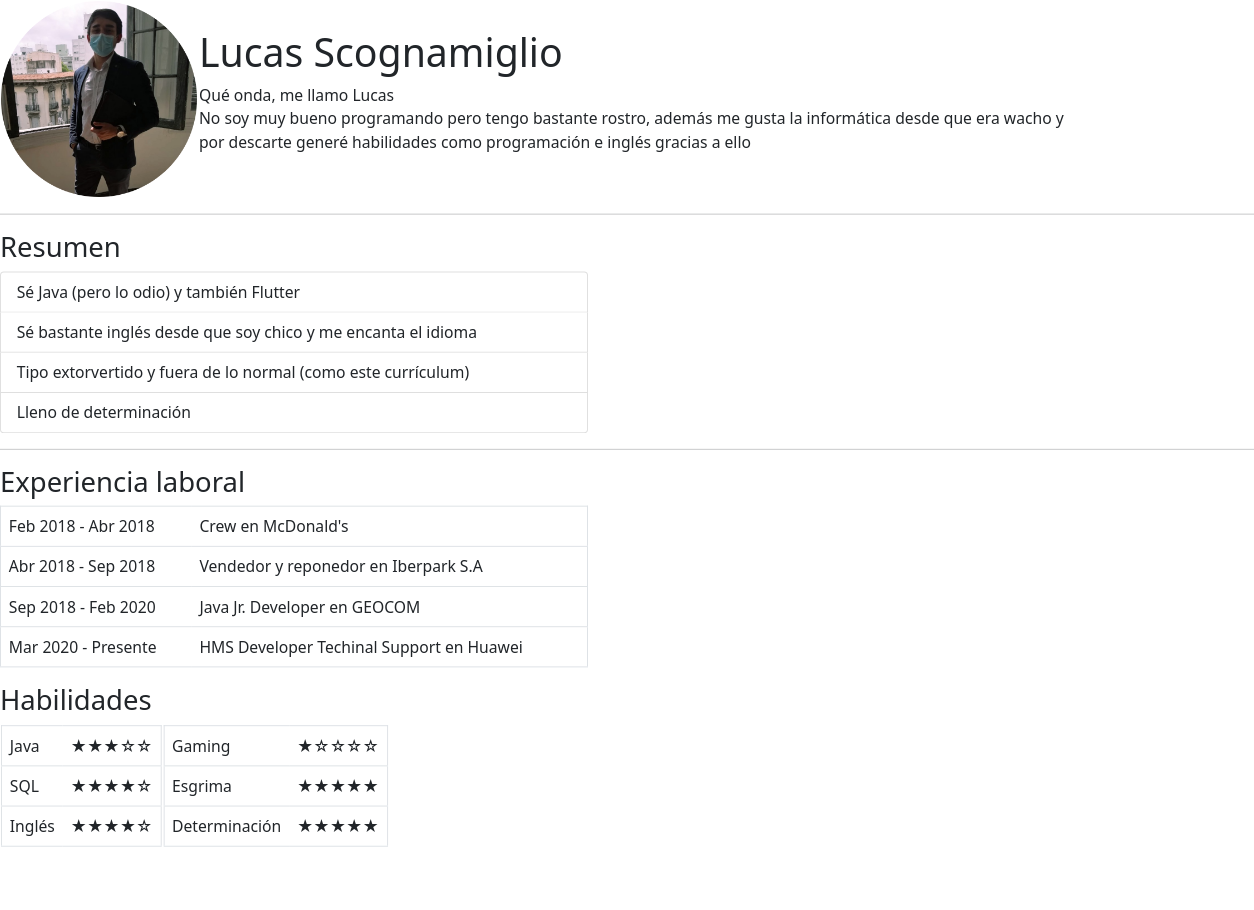
Repository: ScoggoDev/DesarrolloWeb
Page: tarea en equipo 1/cv.html
The author's editor kept a copy of each file at every save. The page is drawn from the files as they stood at one save, then again after the next save.
The browser window is 1280 px wide. The pictures show the whole page, at 98% of full size.

Above is the page before, as saved 2021-07-07 21:43:48.

After the next save:
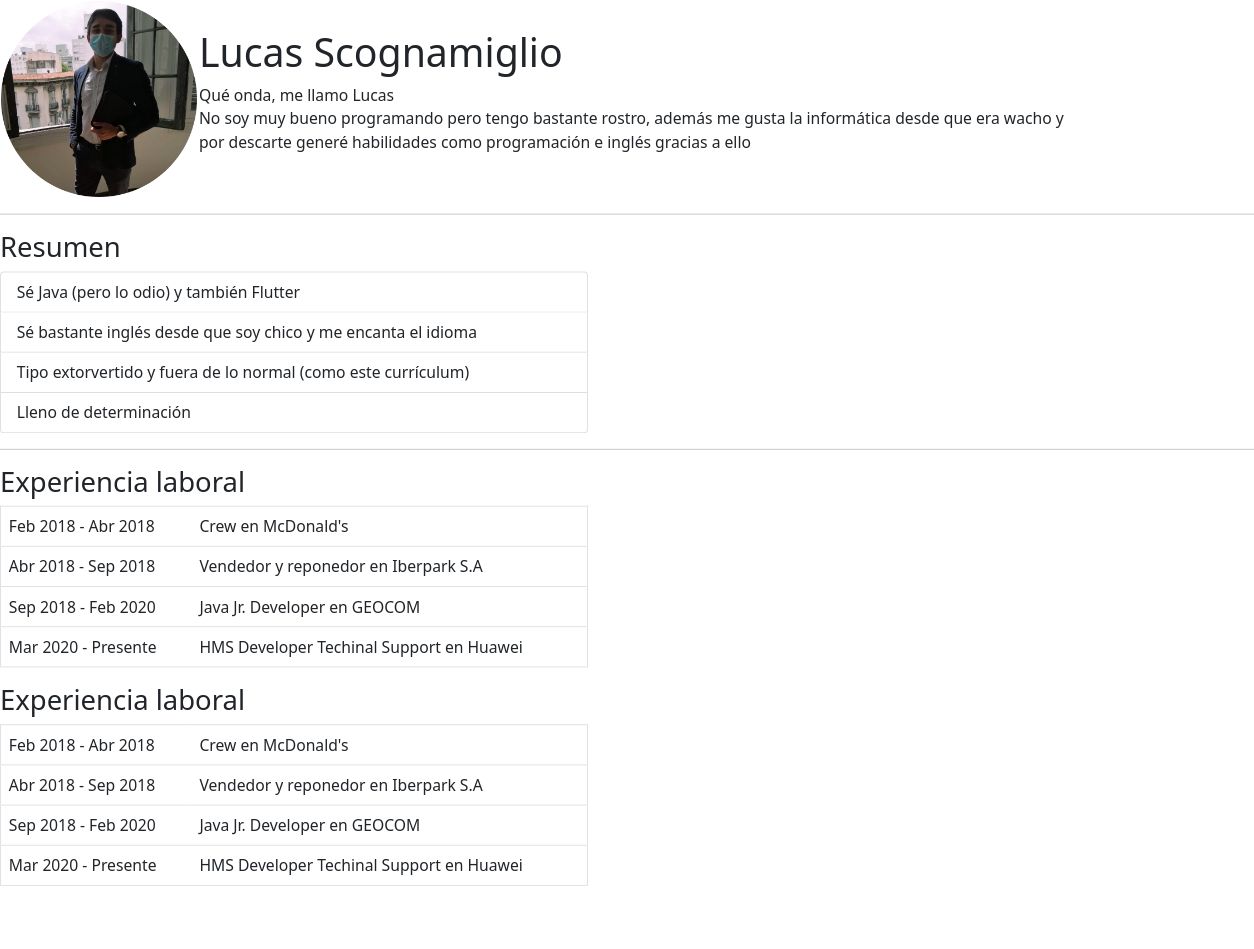
Saved 57 s later.
--- a/tarea en equipo 1/cv.html
+++ b/tarea en equipo 1/cv.html
@@ -45,40 +45,24 @@
       </tr>
     </table>
 
-    <h3>Habilidades</h3>
-    <table cellspacing = "10">
-      <td>
-        <table border="1" class="table">
-          <tr>
-            <td>Java</td>
-            <td>★★★☆☆</td>
-          </tr>
-          <tr>
-            <td>SQL</td>
-            <td>★★★★☆</td>
-          </tr>
-          <tr>
-            <td>Inglés</td>
-            <td>★★★★☆</td>
-          </tr>
-        </table>
-      </td>
-      <td>
-        <table border="1" class="table">
-          <tr>
-            <td>Gaming</td>
-            <td>★☆☆☆☆</td>
-          </tr>
-          <tr>
-            <td>Esgrima</td>
-            <td>★★★★★</td>
-          </tr>
-          <tr>
-            <td>Determinación</td>
-            <td>★★★★★</td>
-          </tr>
-        </table>
-      </td>
+    <h3>Experiencia laboral</h3>
+    <table border="1" class="table" style="width: 600px;">
+      <tr>
+        <td>Feb 2018 - Abr 2018</td>
+        <td>Crew en McDonald's</td>
+      </tr>
+      <tr>
+        <td>Abr 2018 - Sep 2018</td>
+        <td>Vendedor y reponedor en Iberpark S.A</td>
+      </tr>
+      <tr>
+        <td>Sep 2018 - Feb 2020</td>
+        <td>Java Jr. Developer en GEOCOM</td>
+      </tr>
+      <tr>
+        <td>Mar 2020 - Presente</td>
+        <td>HMS Developer Techinal Support en Huawei</td>
+      </tr>
     </table>
 
     <br>
